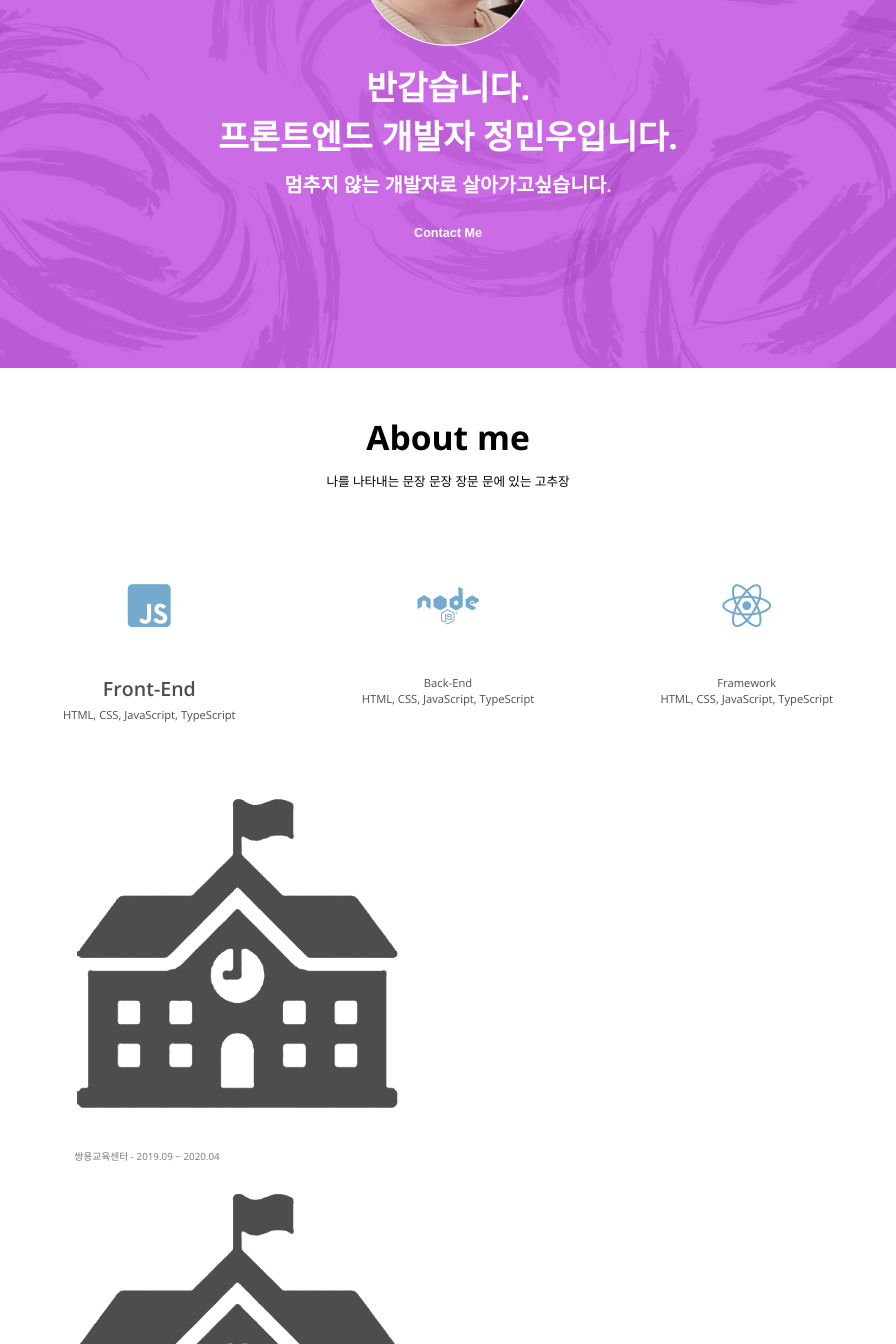
Repository: DevMinwoo-Jung/MinwooPortfolio
Page: index.html
An editor plug-in stored every save of this project. The page is shown before and after the next save, followed by the edit.
The browser window is 1280 px wide. The pictures show the part of the page from y = 334 to 2254 px (the page is 5419 px tall), at 70% of full size.

Above is the page before, as saved 2021-06-02 14:39:55.

After the next save:
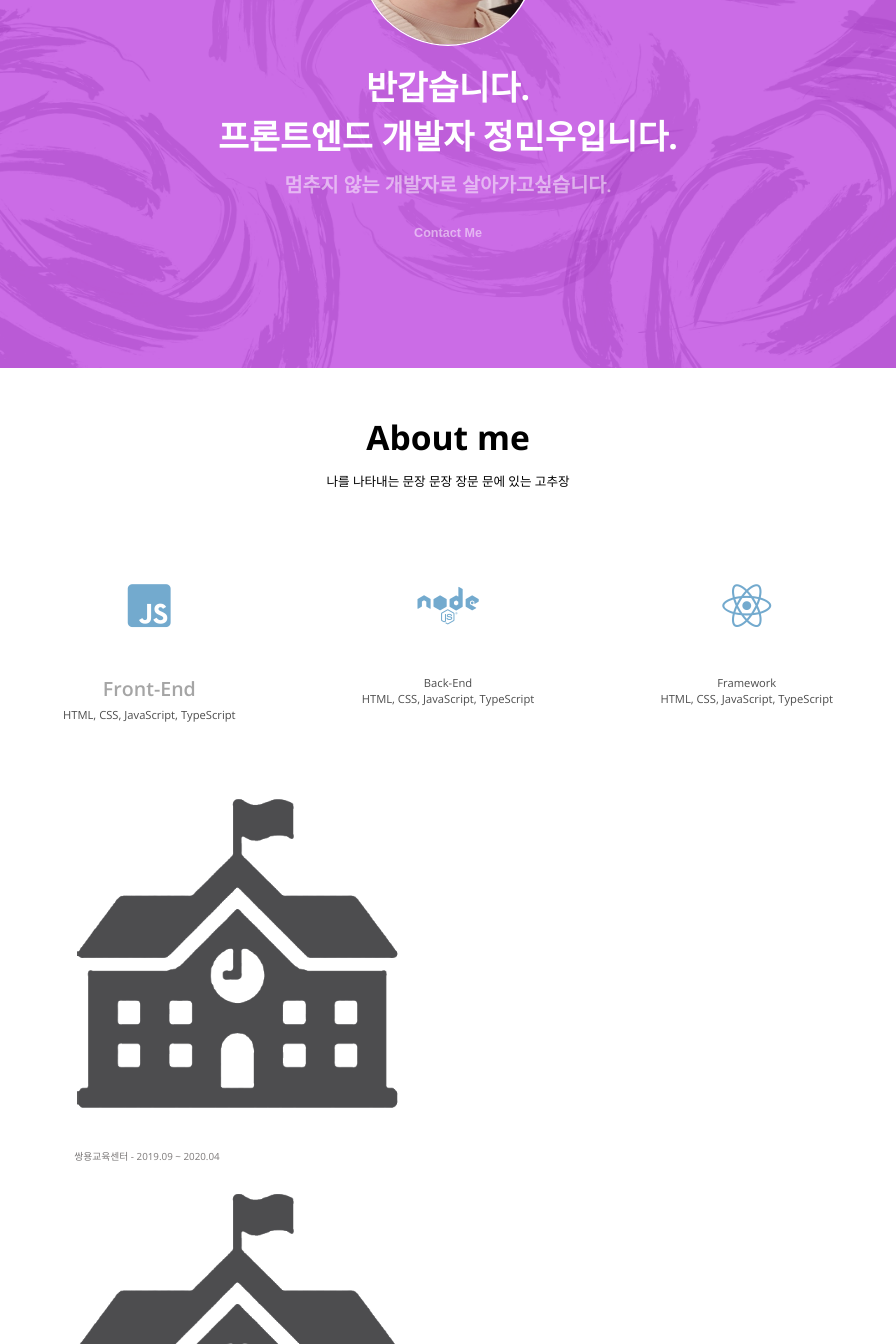
Saved 99 s later.
--- a/style.css
+++ b/style.css
@@ -165,7 +165,9 @@ button {
   text-align: center;
 }
 
-.home__fadeOut {
+.home__fadeOut h1,
+h2,
+button {
   opacity: 0.5;
   transition: all calc(var(--animation-duration) * 2) ease;
 }

After the 2 saves that followed:
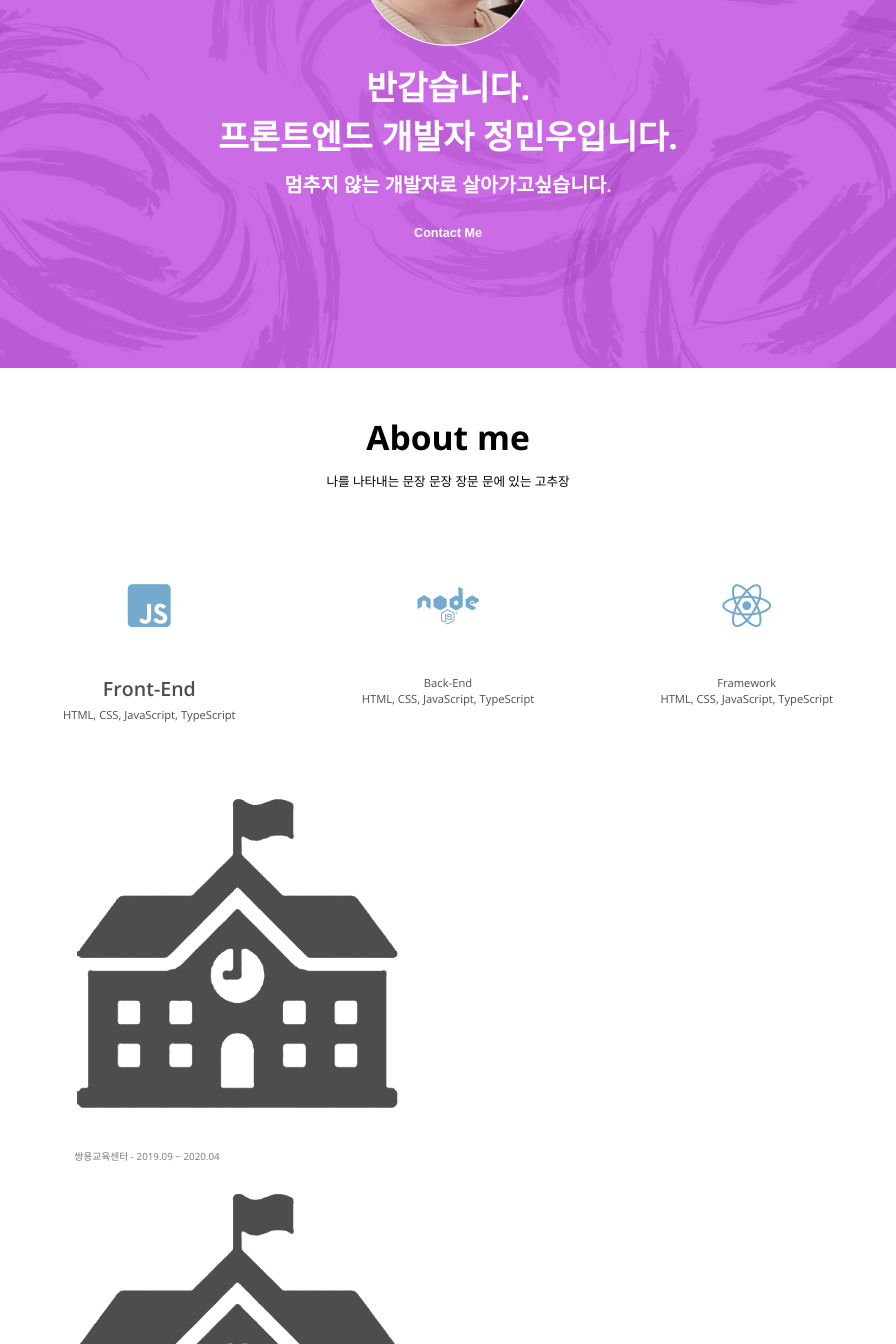
The 2 saves are shown as one change because 1 left the picture as it was.
The last was saved 65 s later.
--- a/style.css
+++ b/style.css
@@ -165,16 +165,9 @@ button {
   text-align: center;
 }
 
-.home__fadeOut h1,
-h2,
-button {
+.home__fadeOut button {
   opacity: 0.5;
-  transition: all calc(var(--animation-duration) * 2) ease;
-}
-
-.home__home__fadeOutMore {
-  opacity: 0.9;
-  transition: all calc(var(--animation-duration) * 2) ease;
+  transition: all calc(var(--animation-duration) * 2) ease-out;
 }
 
 .home__avatar {
